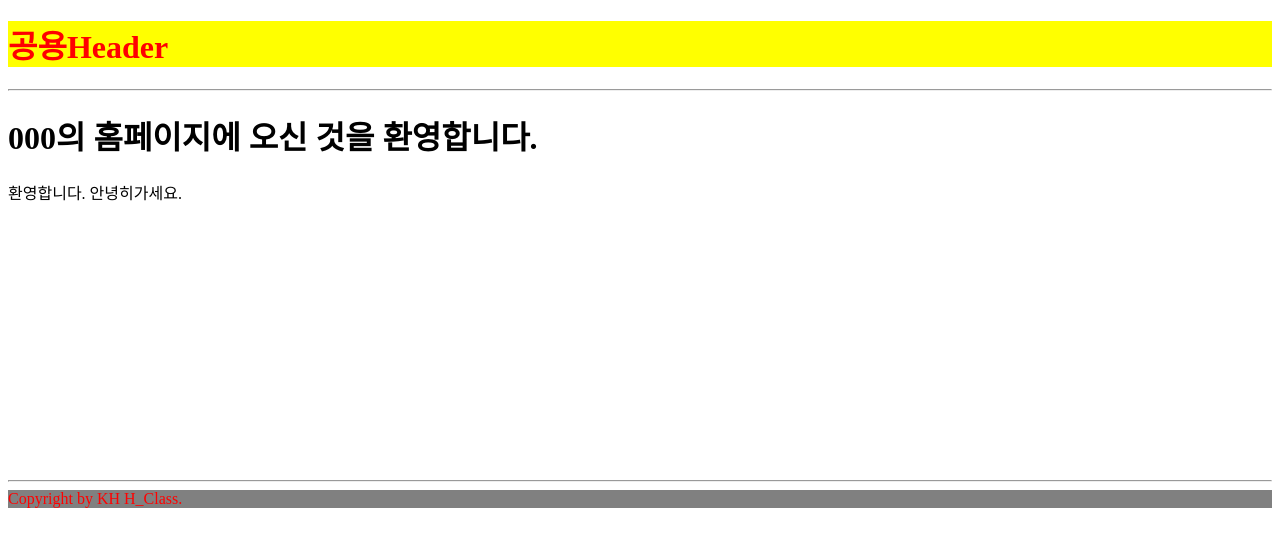
Repository: DuhanMo/servlet-jsp-practice
Page: http://localhost/jspProject/views/myHome.jsp
These files come from the project's save history. The page is drawn as it stood at one moment and after the next save; the edit follows.
The browser window is 1280 px wide. The pictures show the whole page.
The page is served by Tomcat 9.

Above is the page before, as saved 2020-08-14 09:12:26.

After the next save:
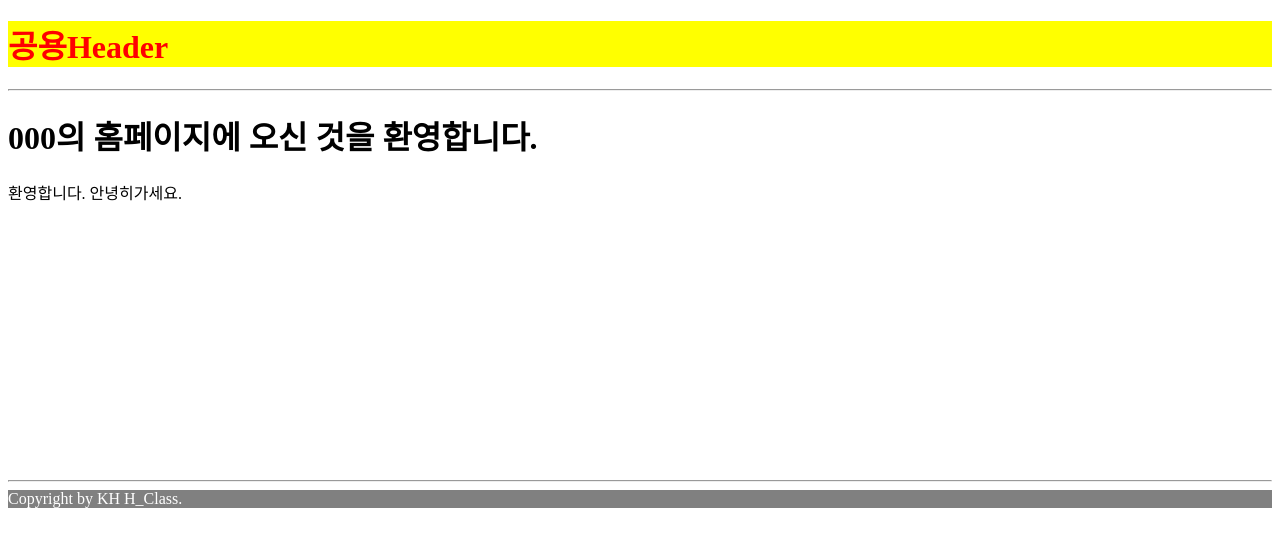
Saved 9 s later.
--- a/jspProject/WebContent/views/common/footer.jsp
+++ b/jspProject/WebContent/views/common/footer.jsp
@@ -1,5 +1,5 @@
 <%@ page language="java" contentType="text/html; charset=UTF-8"
 	pageEncoding="UTF-8"%>
-<footer style="background: gray; color: red;">
+<footer style="background: gray; color: white;">
 Copyright by KH H_Class.
 </footer>
